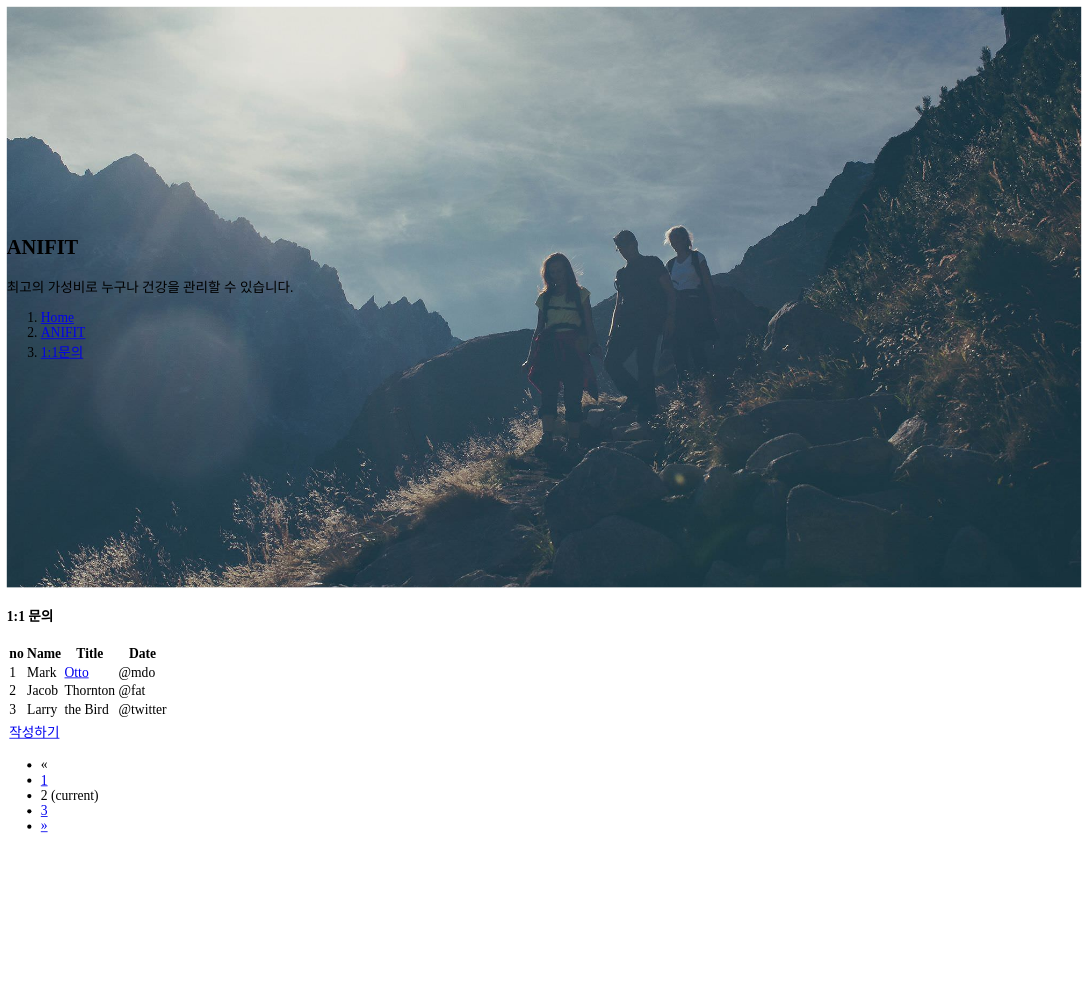
Repository: sjhello/Kitri_SpringProject
Page: http://localhost/SpringProject/WEB-INF/views/notice/notice.jsp
An editor plug-in stored every save of this project. The page is shown before and after the next save, followed by the edit.
The browser window is 1280 px wide. The pictures show the whole page, at 85% of full size.
The page is served by Tomcat 9. Nobody is signed in. Other server files are loaded and not shown. The template is opened directly, without the code that normally fills it, so the values that code supplies are empty.

Above is the page before, as saved 2018-12-04 04:34:47.

### SpringProject/src/main/webapp/WEB-INF/views/notice/notice.jsp
<%@ page language="java" contentType="text/html; charset=UTF-8"
    pageEncoding="UTF-8"%>
<section id="page-title" class="page-title-parallax page-title-dark" style="padding: 250px 0; background-image: url('images/about/parallax.jpg'); background-size: cover; background-position: center center;" data-bottom-top="background-position:0px 400px;" data-top-bottom="background-position:0px -500px;">

			<div class="container clearfix">
				<h1>ANIFIT</h1>
				<span>최고의 가성비로 누구나 건강을 관리할 수 있습니다.</span>
				<ol class="breadcrumb">
					<li class="breadcrumb-item"><a href="main.do">Home</a></li>
					<li class="breadcrumb-item"><a href="#">ANIFIT</a></li>
					<li class="breadcrumb-item active" aria-current="page"><a href="qa.do">1:1문의</a></li>
				</ol>
			</div>

		</section><!-- #page-title end -->

		<!-- Content
		============================================= -->
		<section id="content">
			<div class="content-wrap">
				<div class="container clearfix" style="margin-bottom: 175px;">
					<h4>1:1 문의</h4>
					<div class="col_one">
						<table class="table table-striped">
						  <thead>
							<tr>
							  <th>no</th>
							  <th>Name</th>
							  <th>Title</th>
							  <th>Date</th>
							</tr>
						  </thead>
						  <tbody>
							<tr>
							  <td>1</td>
							  <td>Mark</td>
							  <td><a href="qaDetail11.do">Otto</a></td>
							  <td>@mdo</td>
							</tr>
							<tr>
							  <td>2</td>
							  <td>Jacob</td>
							  <td>Thornton</td>
							  <td>@fat</td>
							</tr>
							<tr>
							  <td>3</td>
							  <td>Larry</td>
							  <td>the Bird</td>
							  <td>@twitter</td>
							</tr>
							<tr>
								<td colspan="4"><a href="notice-write.do" class="btn btn-secondary btn-sm fright">작성하기</a></td>
							</tr>
						  </tbody>
						</table>
						<nav aria-label="Page navigation example">
						  <ul class="pagination">
						    <li class="page-item disabled">
						      <span class="page-link">&laquo;</span>
						    </li>
						    <li class="page-item"><a class="page-link" href="#">1</a></li>
						    <li class="page-item active">
						      <span class="page-link">
						        2
						        <span class="sr-only">(current)</span>
						      </span>
						    </li>
						    <li class="page-item"><a class="page-link" href="#">3</a></li>
						    <li class="page-item">
						      <a class="page-link" href="#">&raquo;</a>
						    </li>
						  </ul>
						</nav>
					</div>
				</div>
			</div>
		</section><!-- #content end -->

After the next save:
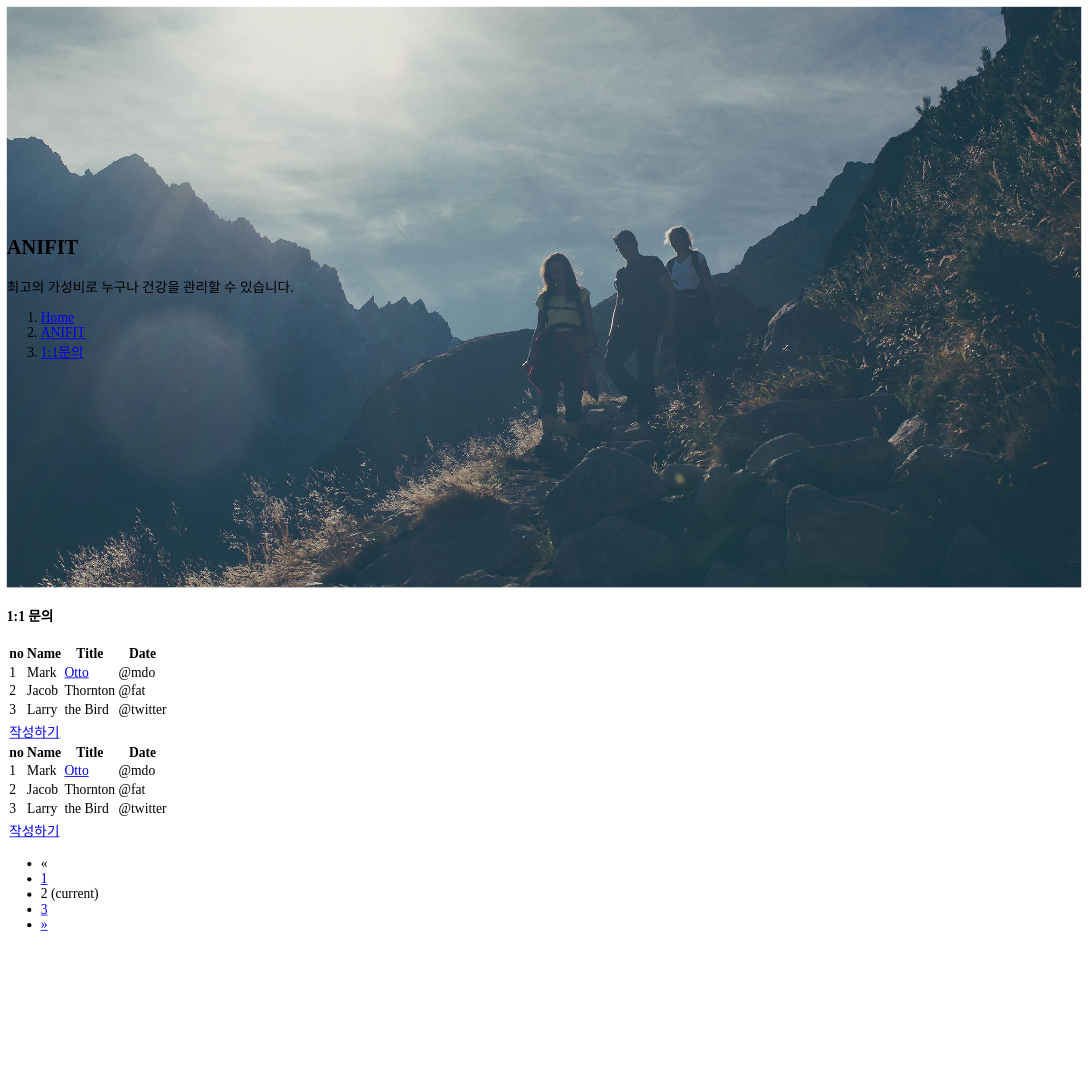
Saved 29 s later.
--- a/SpringProject/src/main/webapp/WEB-INF/views/notice/notice.jsp
+++ b/SpringProject/src/main/webapp/WEB-INF/views/notice/notice.jsp
@@ -52,6 +52,35 @@
 							<tr>
 								<td colspan="4"><a href="notice-write.do" class="btn btn-secondary btn-sm fright">작성하기</a></td>
 							</tr>
+							<tr>
+							  <th>no</th>
+							  <th>Name</th>
+							  <th>Title</th>
+							  <th>Date</th>
+							</tr>
+						  </thead>
+						  <tbody>
+							<tr>
+							  <td>1</td>
+							  <td>Mark</td>
+							  <td><a href="qaDetail11.do">Otto</a></td>
+							  <td>@mdo</td>
+							</tr>
+							<tr>
+							  <td>2</td>
+							  <td>Jacob</td>
+							  <td>Thornton</td>
+							  <td>@fat</td>
+							</tr>
+							<tr>
+							  <td>3</td>
+							  <td>Larry</td>
+							  <td>the Bird</td>
+							  <td>@twitter</td>
+							</tr>
+							<tr>
+								<td colspan="4"><a href="notice-write.do" class="btn btn-secondary btn-sm fright">작성하기</a></td>
+							</tr>
 						  </tbody>
 						</table>
 						<nav aria-label="Page navigation example">

After the save that followed:
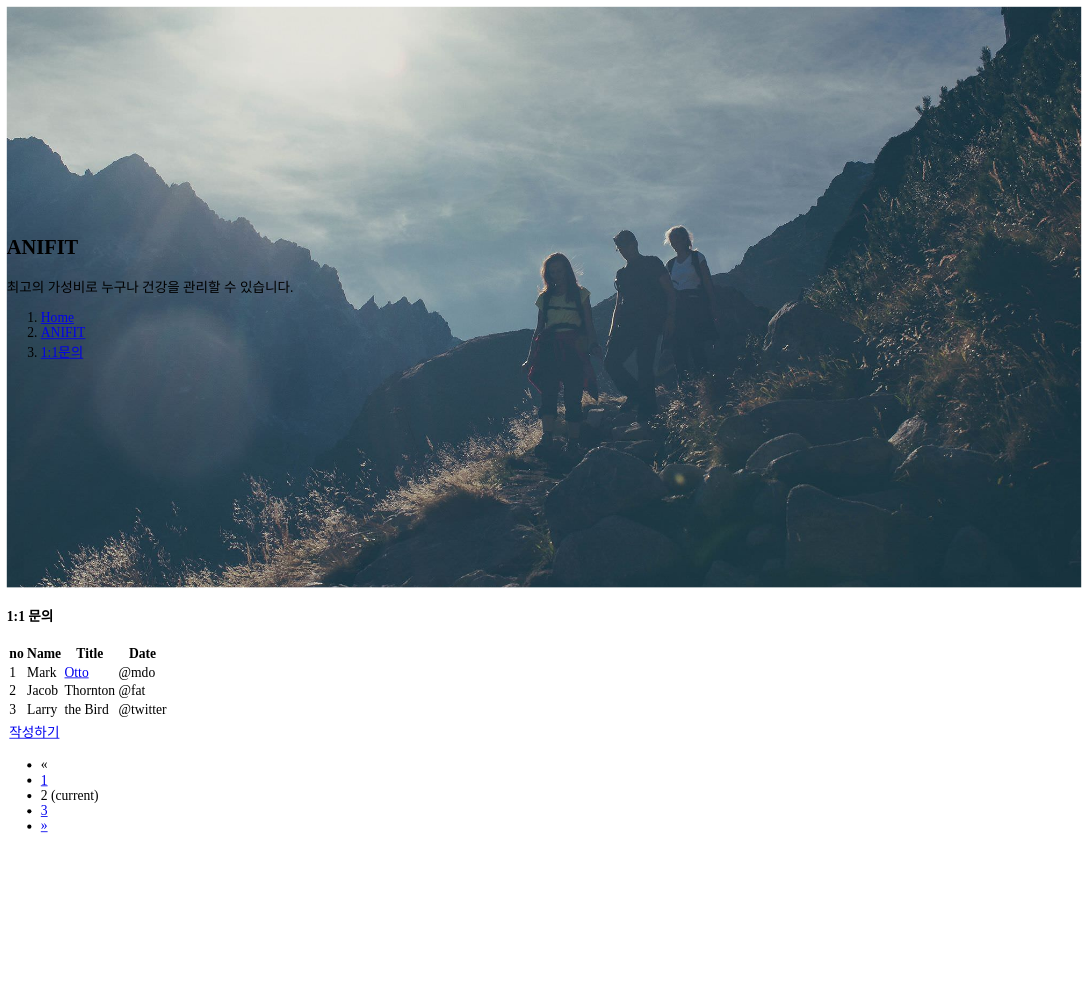
Saved 11 s later.
--- a/SpringProject/src/main/webapp/WEB-INF/views/notice/notice.jsp
+++ b/SpringProject/src/main/webapp/WEB-INF/views/notice/notice.jsp
@@ -52,35 +52,6 @@
 							<tr>
 								<td colspan="4"><a href="notice-write.do" class="btn btn-secondary btn-sm fright">작성하기</a></td>
 							</tr>
-							<tr>
-							  <th>no</th>
-							  <th>Name</th>
-							  <th>Title</th>
-							  <th>Date</th>
-							</tr>
-						  </thead>
-						  <tbody>
-							<tr>
-							  <td>1</td>
-							  <td>Mark</td>
-							  <td><a href="qaDetail11.do">Otto</a></td>
-							  <td>@mdo</td>
-							</tr>
-							<tr>
-							  <td>2</td>
-							  <td>Jacob</td>
-							  <td>Thornton</td>
-							  <td>@fat</td>
-							</tr>
-							<tr>
-							  <td>3</td>
-							  <td>Larry</td>
-							  <td>the Bird</td>
-							  <td>@twitter</td>
-							</tr>
-							<tr>
-								<td colspan="4"><a href="notice-write.do" class="btn btn-secondary btn-sm fright">작성하기</a></td>
-							</tr>
 						  </tbody>
 						</table>
 						<nav aria-label="Page navigation example">
